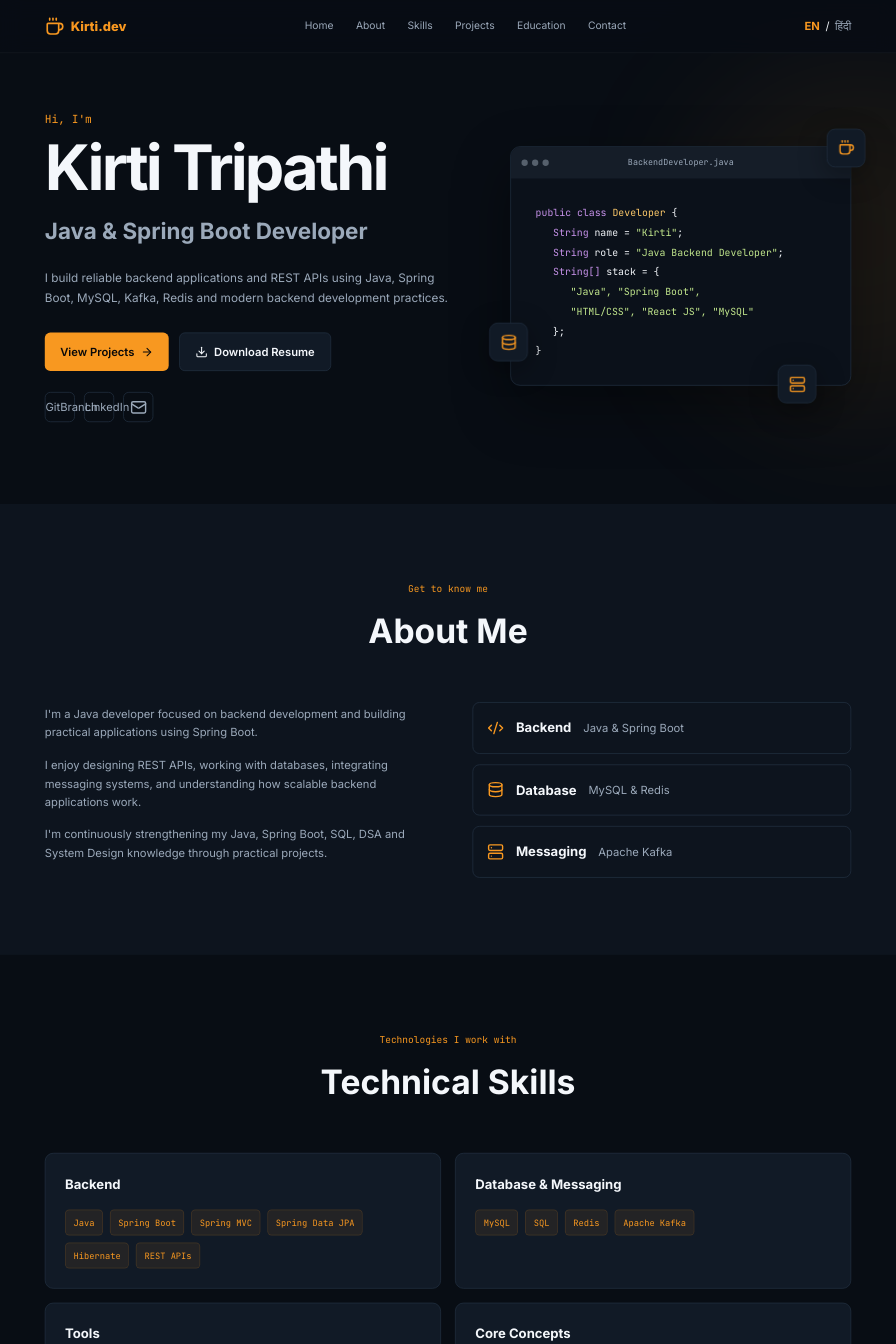
Repository: Rashi-Kirti06/En-Hi-Portfolio
Page: /
These files come from the project's save history. The page is drawn as it stood at one moment and after the next save; the edit follows.
The browser window is 1280 px wide. The pictures show the part of the page from y = 0 to 1920 px (the page is 4837 px tall), at 70% of full size.
The project was rebuilt for these pictures with package versions that can differ from the ones it lists, and the page was loaded fresh each time. Also part of the build but not shown: vite.config.js.

Above is the page before, as saved 2026-09-06 16:02:58.

After the next save:
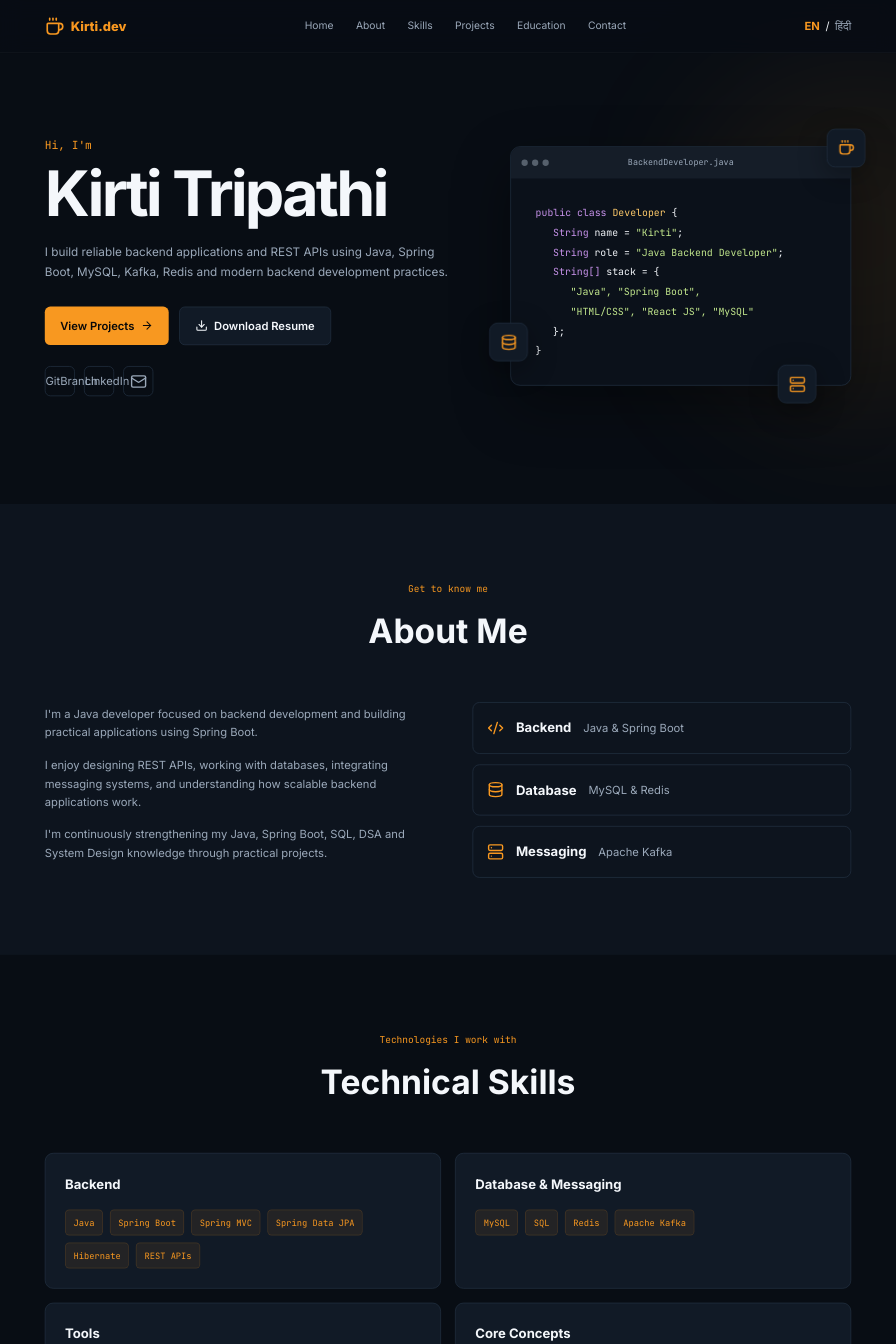
Saved 16 s later.
--- a/src/data/translations.jsx
+++ b/src/data/translations.jsx
@@ -12,7 +12,7 @@ export const translations = {
     hero: {
       greeting: "Hi, I'm",
       name: "Kirti Tripathi",
-      role: "Java & Spring Boot Developer",
+      role: "",
       description:
         "I build reliable backend applications and REST APIs using Java, Spring Boot, MySQL, Kafka, Redis and modern backend development practices.",
       projectsButton: "View Projects",
